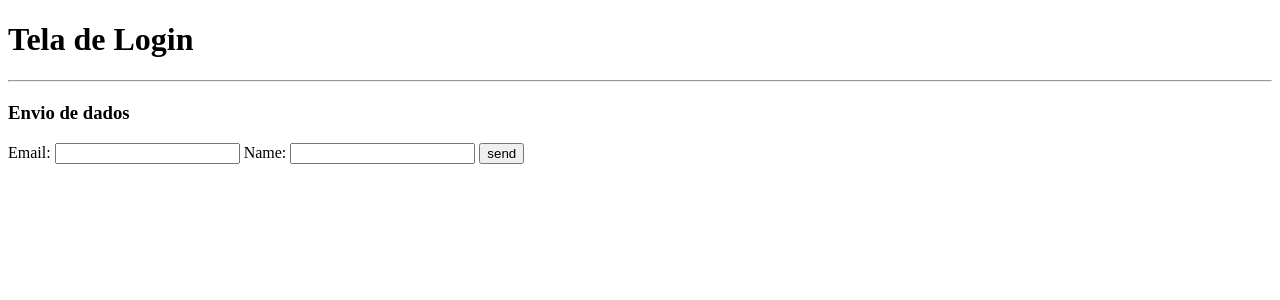
Repository: MarcioFreitasUFSC21/FrontEnd-part-1
Page: index.html
The author's editor kept a copy of each file at every save. The page is drawn from the files as they stood at one save, then again after the next save.
The browser window is 1280 px wide. The pictures show the whole page.

Above is the page before, as saved 2023-04-22 19:18:45.

After the next save:
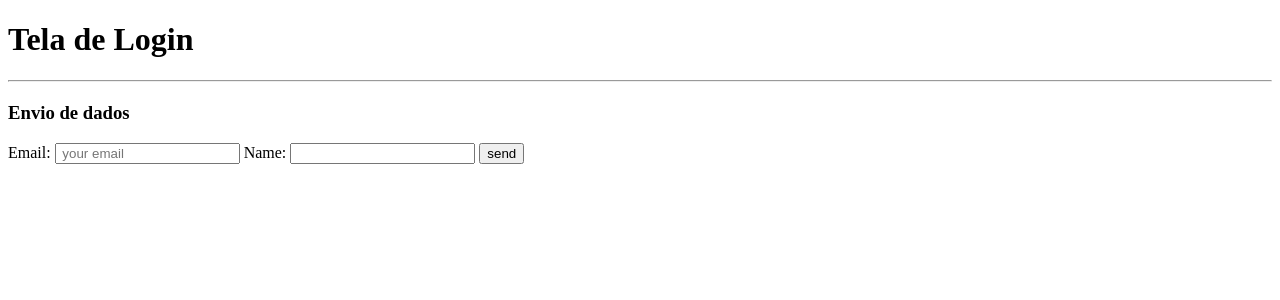
Saved 5 s later.
--- a/index.html
+++ b/index.html
@@ -13,7 +13,7 @@
         <div>
             <h2>
                 <h3> Envio de dados</h3>
-                <label type = "email"> Email: </label> <input type = "email" placeholder="" ></input>
+                <label type = "email"> Email: </label> <input type = "email" placeholder=" your email" ></input>
                 <label type = "text"> Name: </label> <input type = "text" ></input>
                 <button type = "submit" action = "save"> send</button>
             </h2>

After the save that followed:
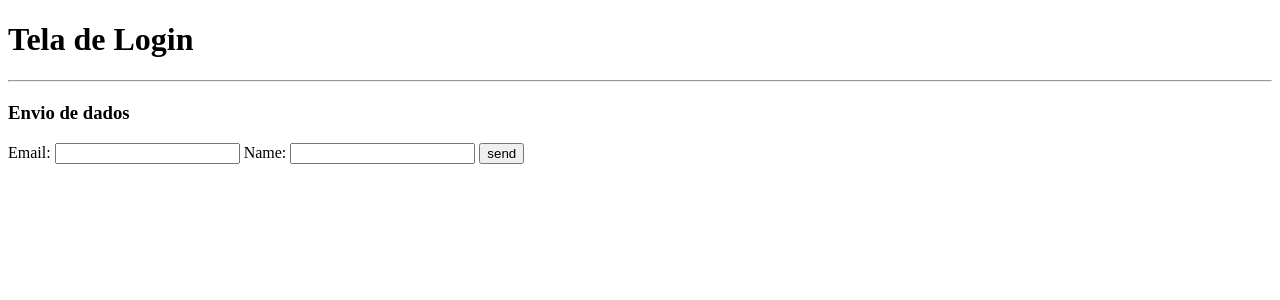
Saved 25 s later.
--- a/index.html
+++ b/index.html
@@ -13,7 +13,7 @@
         <div>
             <h2>
                 <h3> Envio de dados</h3>
-                <label type = "email"> Email: </label> <input type = "email" placeholder=" your email" ></input>
+                <label type = "email"> Email: </label> <input type = "email" placeholder="" ></input>
                 <label type = "text"> Name: </label> <input type = "text" ></input>
                 <button type = "submit" action = "save"> send</button>
             </h2>
